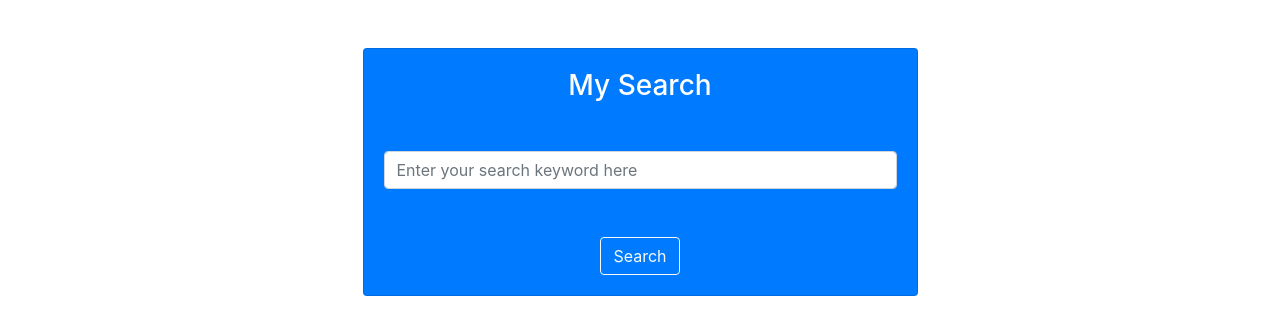
Repository: modinilesh/SpringMVC
Page: http://localhost/springmvcsearch/home
An editor plug-in stored every save of this project. The page is shown before and after the next save, followed by the edit.
The browser window is 1280 px wide. The pictures show the whole page.
Some web libraries are served in a nearby version. The page is served by Tomcat 9.

Above is the page before, as saved 2023-10-20 07:29:00.

After the next save:
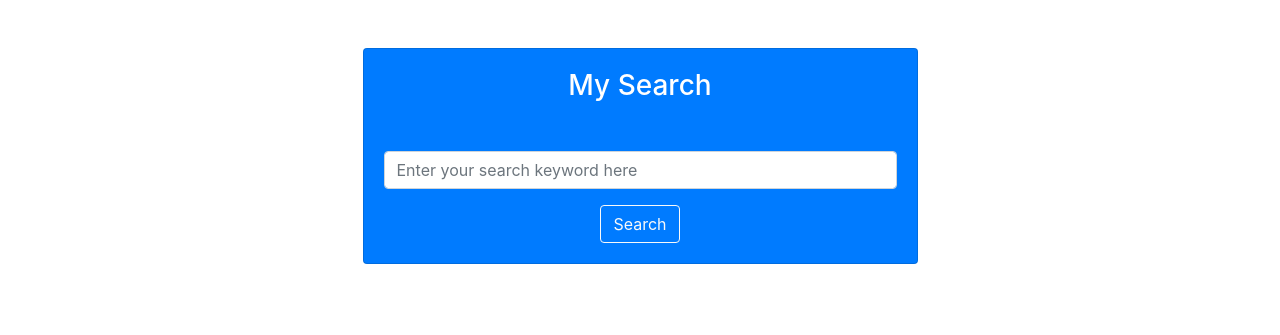
Saved 13 s later.
--- a/springmvcsearch/src/main/webapp/WEB-INF/views/home.jsp
+++ b/springmvcsearch/src/main/webapp/WEB-INF/views/home.jsp
@@ -31,7 +31,7 @@
 							placeholder="Enter your search keyword here" class="form-control" />
 					</div>
 
-					<div class="container text-center mt-5">
+					<div class="container text-center mt-3">
 						<button class="btn btn-outline-light">Search</button>
 					</div>
 
